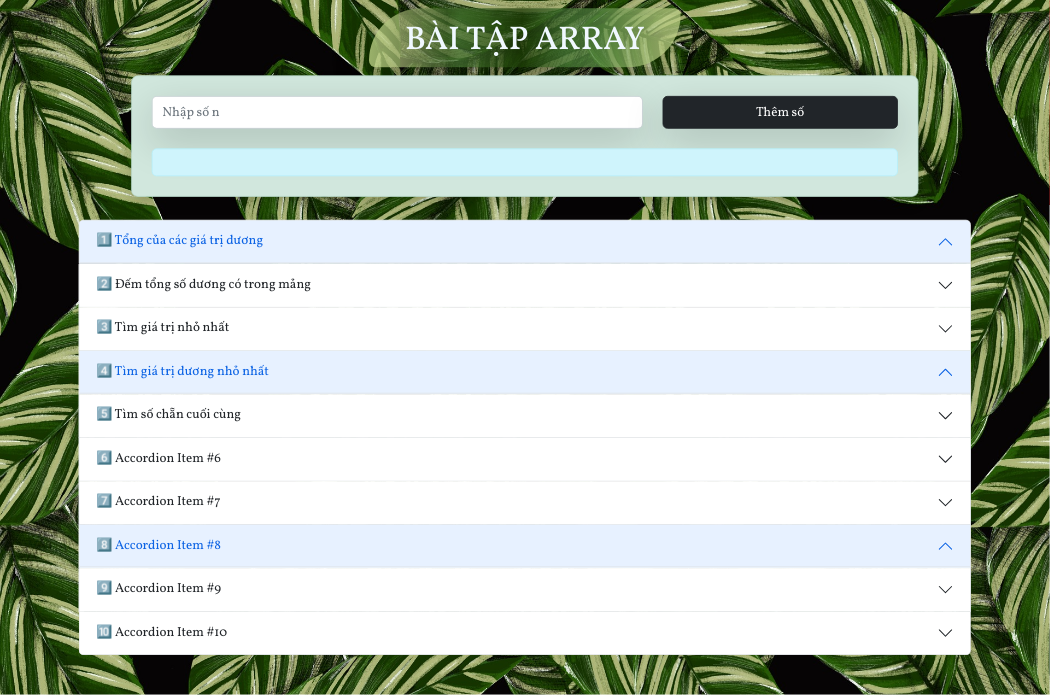
Repository: hcozyph/TranHuuPhuoc_BC43_BT_JS_Buoi7_8_ARRAY
Page: index.html
An editor plug-in stored every save of this project. The page is shown before and after the next save, followed by the edit.
The browser window is 1280 px wide. The pictures show the whole page, at 82% of full size.
Backgrounds fixed to the window are drawn as part of the page.

Above is the page before, as saved 2023-02-24 12:26:06.

### index.html
<!DOCTYPE html>
<html lang="en">
    <head>
        <title>BT Array</title>
        <!-- Required meta tags -->
        <meta charset="utf-8" />
        <meta
            name="viewport"
            content="width=device-width, initial-scale=1, shrink-to-fit=no"
        />
        <!-- font -->
        <link rel="preconnect" href="https://fonts.googleapis.com" />
        <link rel="preconnect" href="https://fonts.gstatic.com" crossorigin />
        <link
            href="https://fonts.googleapis.com/css2?family=Fraunces:ital,opsz,wght@0,9..144,600;0,9..144,700;1,9..144,300;1,9..144,400;1,9..144,500;1,9..144,600;1,9..144,700;1,9..144,800&family=Vollkorn:ital,wght@0,400;0,500;0,600;0,700;0,800;0,900;1,400;1,500;1,600;1,700;1,800;1,900&display=swap"
            rel="stylesheet"
        />
        <!-- Bootstrap CSS v5.2.1 -->
        <link
            href="https://cdn.jsdelivr.net/npm/bootstrap@5.2.1/dist/css/bootstrap.min.css"
            rel="stylesheet"
            integrity="sha384-iYQeCzEYFbKjA/T2uDLTpkwGzCiq6soy8tYaI1GyVh/UjpbCx/TYkiZhlZB6+fzT"
            crossorigin="anonymous"
        />

        <!-- index.css -->
        <link rel="stylesheet" href="./css/index.css" />
    </head>

    <body>
        <div class="container">
            <div class="bt-array-top">
                <div class="bt-array-title pt-2 shadow-lg">
                    <h1 class="text-center shadow-lg p-2" ;>BÀI TẬP ARRAY</h1>
                </div>

                <div
                    id="mainArray"
                    class="alert alert-success rounded-3 shadow p-4"
                    style="margin: 10px auto; width: 75%"
                >
                    <div class="row row-cols-3">
                        <div class="col-8">
                            <input
                                id="user-input"
                                type="number"
                                class="form-control shadow-lg py-2"
                                placeholder="Nhập số n"
                                style="height: 100%"
                            />
                        </div>
                        <div class="col">
                            <button
                                id="user-btn"
                                class="btn btn-dark shadow-lg"
                                style="height: 100%; width: 100%"
                            >
                                Thêm số
                            </button>
                        </div>
                    </div>

                    <div
                        class="alert alert-info mt-4 mb-0 text-break"
                        style="display: block"
                        role="alert"
                    >
                        <span id="user-array"></span>
                    </div>
                </div>
            </div>

            <div class="bt-array-content p-xl-5 p-4 mx-5 rounded-3">
                <div class="accordion" id="accordionExample">
                    <!-- Task 1: Tính tổng số dương -->
                    <div class="accordion-item" id="bt1">
                        <h2 class="accordion-header" id="headingOne">
                            <button
                                class="accordion-button"
                                type="button"
                                data-bs-toggle="collapse"
                                data-bs-target="#collapseOne"
                                aria-expanded="true"
                                aria-controls="collapseOne"
                            >
                                1️⃣ Tổng của các giá trị dương
                            </button>
                        </h2>
                        <div
                            id="collapseOne"
                            class="accordion-collapse collapse"
                            aria-labelledby="headingOne"
                            data-bs-parent="#accordionExample"
                        >
                            <div class="accordion-body row py-2">
                                <div class="col-12 my-3">
                                    <button
                                        class="btn btn-success py-2 w-25 w-sm-50"
                                        id="t1-btn"
                                    >
                                        Tính tổng
                                    </button>
                                </div>

                                <div class="col">
                                    <div
                                        class="alert alert-success py-4 mt-2"
                                        id="t1-result"
                                    ></div>
                                </div>
                            </div>
                        </div>
                    </div>
                    <!-- End-Task 1 -->

                    <!-- Task 2 -->
                    <div class="accordion-item">
                        <h2 class="accordion-header" id="headingTwo">
                            <button
                                class="accordion-button collapsed"
                                type="button"
                                data-bs-toggle="collapse"
                                data-bs-target="#collapseTwo"
                                aria-expanded="false"
                                aria-controls="collapseTwo"
                            >
                                2️⃣ Đếm tổng số dương có trong mảng
                            </button>
                        </h2>
                        <div
                            id="collapseTwo"
                            class="accordion-collapse collapse"
                            aria-labelledby="headingTwo"
                            data-bs-parent="#accordionExample"
                        >
                            <div class="accordion-body row py-2">
                                <div class="col-12 my-3">
                                    <button
                                        class="btn btn-success w-25 py-2"
                                        id="t2-btn"
                                    >
                                        Đếm số
                                    </button>
                                </div>

                                <div class="col">
                                    <div
                                        class="alert alert-success py-4 mt-2"
                                        id="t2-result"
                                    ></div>
                                </div>
                            </div>
                        </div>
                    </div>
                    <!-- End-Task 2 -->

                    <!-- Task 3 -->
                    <div class="accordion-item">
                        <h2 class="accordion-header" id="headingThree">
                            <button
                                class="accordion-button collapsed"
                                type="button"
                                data-bs-toggle="collapse"
                                data-bs-target="#collapseThree"
                                aria-expanded="false"
                                aria-controls="collapseThree"
                            >
                                3️⃣ Tìm giá trị nhỏ nhất
                            </button>
                        </h2>
                        <div
                            id="collapseThree"
                            class="accordion-collapse collapse"
                            aria-labelledby="headingThree"
                            data-bs-parent="#accordionExample"
                        >
                            <div class="accordion-body row py-2">
                                <div class="col-12 my-3">
                                    <button
                                        class="btn btn-success w-25 py-2"
                                        id="t3-btn"
                                    >
                                        Tìm giá trị nhỏ nhất
                                    </button>
                                </div>

                                <div class="col">
                                    <div
                                        class="alert alert-success py-4 mt-2"
                                        id="t3-result"
                                    ></div>
                                </div>
                            </div>
                        </div>
                    </div>
                    <!-- End-Task 3 -->

                    <!-- Task 4 -->
                    <div class="accordion-item">
                        <h2 class="accordion-header" id="headingFour">
                            <button
                                class="accordion-button"
                                type="button"
                                data-bs-toggle="collapse"
                                data-bs-target="#collapseFour"
                                aria-expanded="true"
                                aria-controls="collapseFour"
                            >
                                4️⃣ Tìm giá trị dương nhỏ nhất
                            </button>
                        </h2>
                        <div
                            id="collapseFour"
                            class="accordion-collapse collapse"
                            aria-labelledby="headingFour"
                            data-bs-parent="#accordionExample"
                        >
                            <div class="accordion-body row py-2">
                                <div class="col-12 my-3">
                                    <button
                                        class="btn btn-success w-25 py-2"
                                        id="t4-btn"
                                    >
                                        Tìm giá trị dương nhỏ nhất
                                    </button>
                                </div>

                                <div class="col">
                                    <div
                                        class="alert alert-success py-4 mt-2"
                                        id="t4-result"
                                    ></div>
                                </div>
                            </div>
                        </div>
                    </div>
                    <!-- End-Task 4 -->

                    <!-- Task 5 -->
                    <div class="accordion-item">
                        <h2 class="accordion-header" id="headingFive">
                            <button
                                class="accordion-button collapsed"
                                type="button"
                                data-bs-toggle="collapse"
                                data-bs-target="#collapseFive"
                                aria-expanded="false"
                                aria-controls="collapseFive"
                            >
                                5️⃣ Tìm số chẵn cuối cùng
                            </button>
                        </h2>
                        <div
                            id="collapseFive"
                            class="accordion-collapse collapse"
                            aria-labelledby="headingFive"
                            data-bs-parent="#accordionExample"
                        >
                            <div class="accordion-body row py-2">
                                <div class="col-12 my-3">
                                    <button
                                        class="btn btn-success w-25 py-2"
                                        id="t5-btn"
                                    >
                                        Tìm số chẵn
                                    </button>
                                </div>

                                <div class="col">
                                    <div
                                        class="alert alert-success py-4 mt-2"
                                        id="t5-result"
                                    ></div>
                                </div>
                            </div>
                        </div>
                    </div>
                    <!-- End-Task 5 -->

                    <!-- Task 6 -->
                    <div class="accordion-item">
                        <h2 class="accordion-header" id="headingSix">
                            <button
                                class="accordion-button collapsed"
                                type="button"
                                data-bs-toggle="collapse"
                                data-bs-target="#collapseSix"
                                aria-expanded="false"
                                aria-controls="collapseSix"
                            >
                                6️⃣ Accordion Item #6
                            </button>
                        </h2>
                        <div
                            id="collapseSix"
                            class="accordion-collapse collapse"
                            aria-labelledby="headingSix"
                            data-bs-parent="#accordionExample"
                        >
                            <div class="accordion-body">
                                <strong
                                    >This is the third item's accordion
                                    body.</strong
                                >
                            </div>
                        </div>
                    </div>
                    <!-- End-Task 6 -->

                    <!-- Task 7 -->
                    <div class="accordion-item">
                        <h2 class="accordion-header" id="headingSeven">
                            <button
                                class="accordion-button collapsed"
                                type="button"
                                data-bs-toggle="collapse"
                                data-bs-target="#collapseSeven"
                                aria-expanded="false"
                                aria-controls="collapseSeven"
                            >
                                7️⃣ Accordion Item #7
                            </button>
                        </h2>
                        <div
                            id="collapseSeven"
                            class="accordion-collapse collapse"
                            aria-labelledby="headingSeven"
                            data-bs-parent="#accordionExample"
                        >
                            <div class="accordion-body">
                                <strong
                                    >This is the third item's accordion
                                    body.</strong
                                >
                            </div>
                        </div>
                    </div>
                    <!-- End-Task 7 -->

                    <!-- Task 8 -->
                    <div class="accordion-item">
                        <h2 class="accordion-header" id="headingEight">
                            <button
                                class="accordion-button"
                                type="button"
                                data-bs-toggle="collapse"
                                data-bs-target="#collapseEight"
                                aria-expanded="true"
                                aria-controls="collapseEight"
                            >
                                8️⃣ Accordion Item #8
                            </button>
                        </h2>
                        <div
                            id="collapseEight"
                            class="accordion-collapse collapse"
                            aria-labelledby="headingEight"
                            data-bs-parent="#accordionExample"
                        >
                            <div class="accordion-body">
                                <strong
                                    >This is the first item's accordion
                                    body.</strong
                                >
                            </div>
                        </div>
                    </div>
                    <!-- End-Task 8 -->

                    <!-- Task 9 -->
                    <div class="accordion-item">
                        <h2 class="accordion-header" id="headingNine">
                            <button
                                class="accordion-button collapsed"
                                type="button"
                                data-bs-toggle="collapse"
                                data-bs-target="#collapseNine"
                                aria-expanded="false"
                                aria-controls="collapseNine"
                            >
                                9️⃣ Accordion Item #9
                            </button>
                        </h2>
                        <div
                            id="collapseNine"
                            class="accordion-collapse collapse"
                            aria-labelledby="headingNine"
                            data-bs-parent="#accordionExample"
                        >
                            <div class="accordion-body">
                                <strong
                                    >This is the second item's accordion
                                    body.</strong
                                >
                            </div>
                        </div>
                    </div>
                    <!-- End-Task 9 -->

                    <!-- Task 10 -->
                    <div class="accordion-item">
                        <h2 class="accordion-header" id="headingTen">
                            <button
                                class="accordion-button collapsed"
                                type="button"
                                data-bs-toggle="collapse"
                                data-bs-target="#collapseTen"
                                aria-expanded="false"
                                aria-controls="collapseTen"
                            >
                                🔟 Accordion Item #10
                            </button>
                        </h2>
                        <div
                            id="collapseTen"
                            class="accordion-collapse collapse"
                            aria-labelledby="headingTen"
                            data-bs-parent="#accordionExample"
                        >
                            <div class="accordion-body">
                                <strong
                                    >This is the third item's accordion
                                    body.</strong
                                >
                            </div>
                        </div>
                    </div>
                    <!-- End-Task 10 -->
                </div>
            </div>
        </div>

        <!-- Bootstrap JavaScript Libraries -->
        <script
            src="https://cdn.jsdelivr.net/npm/@popperjs/core@2.11.6/dist/umd/popper.min.js"
            integrity="sha384-oBqDVmMz9ATKxIep9tiCxS/Z9fNfEXiDAYTujMAeBAsjFuCZSmKbSSUnQlmh/jp3"
            crossorigin="anonymous"
        ></script>

        <script
            src="https://cdn.jsdelivr.net/npm/bootstrap@5.2.1/dist/js/bootstrap.min.js"
            integrity="sha384-7VPbUDkoPSGFnVtYi0QogXtr74QeVeeIs99Qfg5YCF+TidwNdjvaKZX19NZ/e6oz"
            crossorigin="anonymous"
        ></script>

        <!-- method.js -->
        <link rel="stylesheet" href="./js/method.js" />

        <!-- index.js -->
        <script src="./js/index.js"></script>
    </body>
</html>

### css/index.css
* {
    margin: 0;
    padding: 0;
    box-sizing: border-box;
    font-family: "Fraunces", serif;
    font-family: "Vollkorn", serif;
}

.container {
    margin: 0 auto;
    max-width: 1440px;
    overflow: hidden;
    padding: 0;

    background-image: url(../img/2.jpg);
    background-size: cover;
    background-position: inherit;
    background-repeat: no-repeat;
    background-attachment: fixed;

    /* height: 1000px; */
    position: relative;
}

.bt-array-top {
    position: fixed;
    width: 100%;
    padding-top: 10px;
    margin-bottom: 10px;
    background-color: red;

    background-image: url(../img/2.jpg);
    background-size: cover;
    background-position: inherit;
    background-repeat: no-repeat;
    background-attachment: fixed;
    z-index: 5;
}

.bt-array-title {
    display: block;
    width: 380px;
    margin: 0 auto;
    border-radius: 80px 10px 80px 10px;

    font-size: 40px;
    font-weight: 700;
    /* background-color: red; */
    color: aliceblue;
    background: rgb(156, 173, 110);
    background: linear-gradient(
        90deg,
        rgba(198, 219, 142, 0.75) 0%,
        rgba(156, 173, 110, 0.75) 10%,
        rgba(60, 94, 39, 0.75) 25%,
        rgba(68, 112, 49, 0.75) 29%,
        rgba(27, 57, 5, 0.75) 49%,
        rgba(66, 114, 50, 0.75) 63%,
        rgba(90, 139, 69, 0.75) 74%,
        rgba(184, 203, 130, 0.75) 95%
    );
}

.bt-array-content {
    padding-top: calc(100% - 320px);
}
.accordion {
    padding-top: 220px;
}

.accordion-button:focus {
    border: none;
    box-shadow: none;
}

Loaded but not shown: js/index.js (101 lines, source omitted); js/method.js (no stored copy; drawn as an empty file)

After the next save:
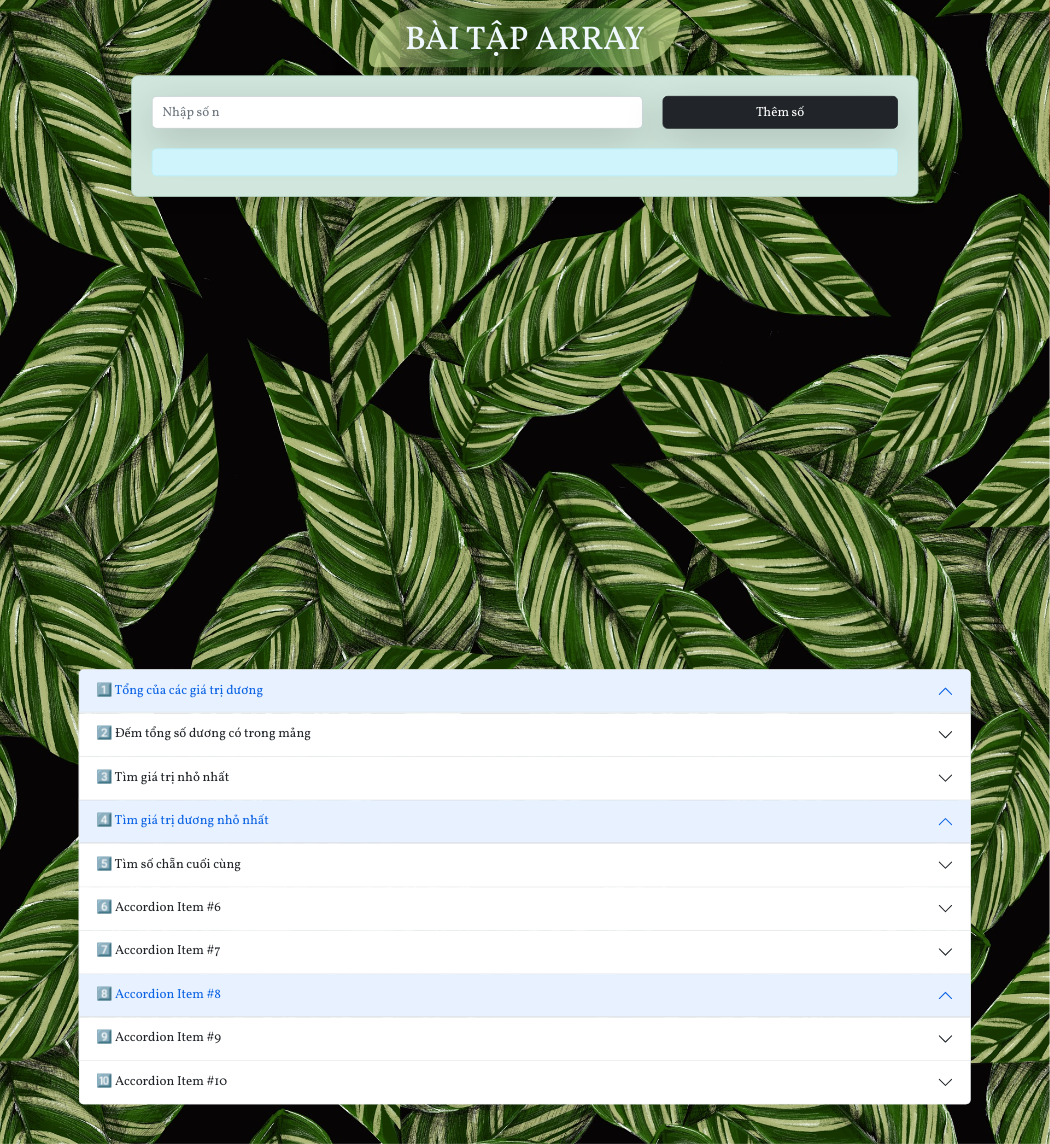
Saved 30 s later.
--- a/css/index.css
+++ b/css/index.css
@@ -65,7 +65,7 @@
     padding-top: calc(100% - 320px);
 }
 .accordion {
-    padding-top: 220px;
+    padding-top: calc(100% - 320px);
 }
 
 .accordion-button:focus {

After the save that followed:
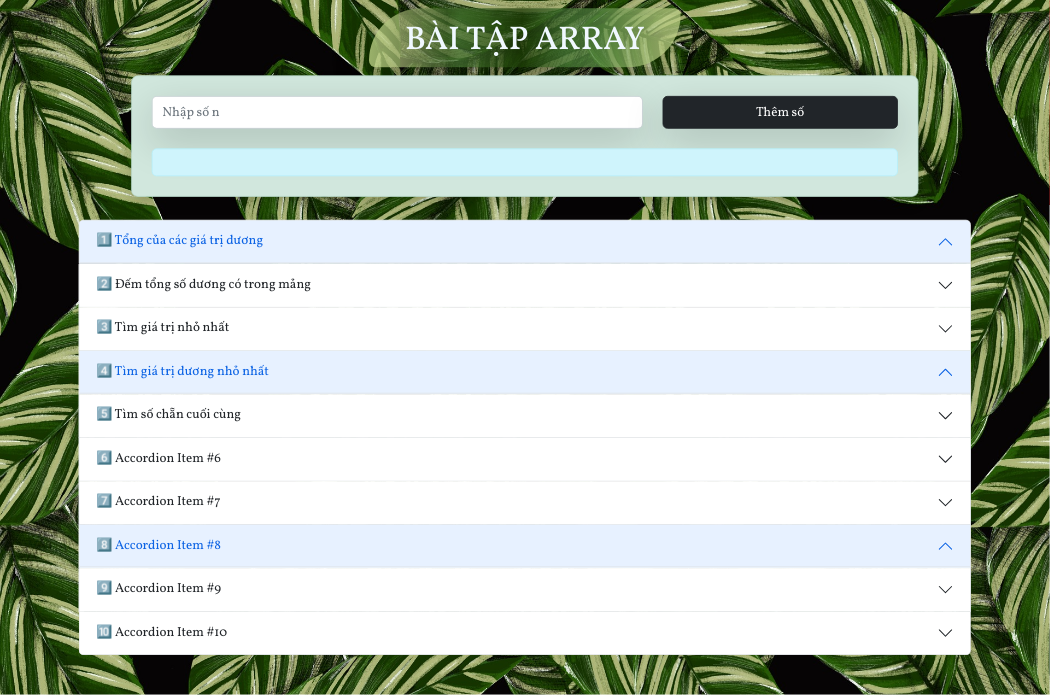
Saved 5 min 2 s later.
--- a/css/index.css
+++ b/css/index.css
@@ -62,10 +62,10 @@
 }
 
 .bt-array-content {
-    padding-top: calc(100% - 320px);
+    padding-top: 280px;
 }
 .accordion {
-    padding-top: calc(100% - 320px);
+    padding-top: 220px;
 }
 
 .accordion-button:focus {
